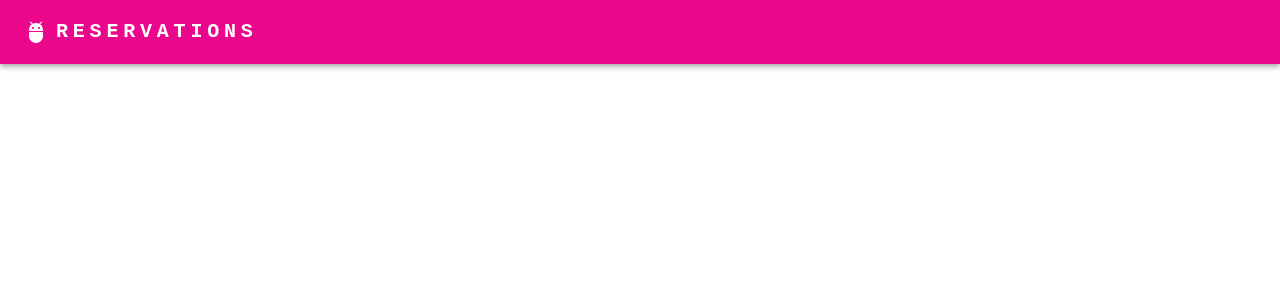
Repository: jbpadilha/reservationAWSRXJS
Page: /
These files come from the project's save history. The page is drawn as it stood at one moment and after a run of saves; the edit follows.
The browser window is 1280 px wide. The pictures show the whole page.
The project was rebuilt for these pictures with package versions that can differ from the ones it lists, and the page was loaded fresh each time. Also part of the build but not shown: src/App.css.

Above is the page before, as saved 2023-07-11 19:13:03.

After the next 2 saves:
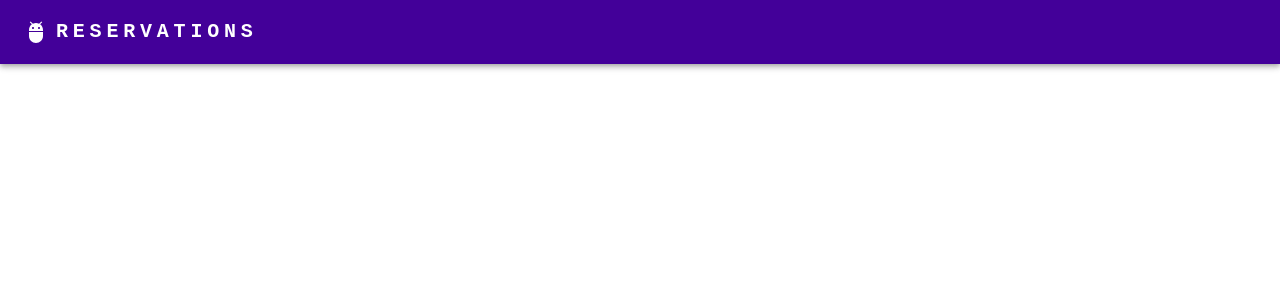
The 2 saves are shown as one change because they came seconds apart.
The last was saved 4 min 13 s later.
--- a/src/config/muiTheme.ts
+++ b/src/config/muiTheme.ts
@@ -13,12 +13,11 @@ const muiTheme = createTheme({
   },
   palette: {
     primary: {
-      main: "#EB078C",
+      main: "#430099",
       dark: "#EB078C",
     },
-    baseColor: "#EB078C",
+    baseColor: "##430099",
     baseColorTxt: "#6c757d",
-    roseTxt: "#EC0489",
     lightGreyTxt: "#98a6ad",
     backgroundGray: "#F9F9F9",
     titleDarkRed: "#0B1B39",
